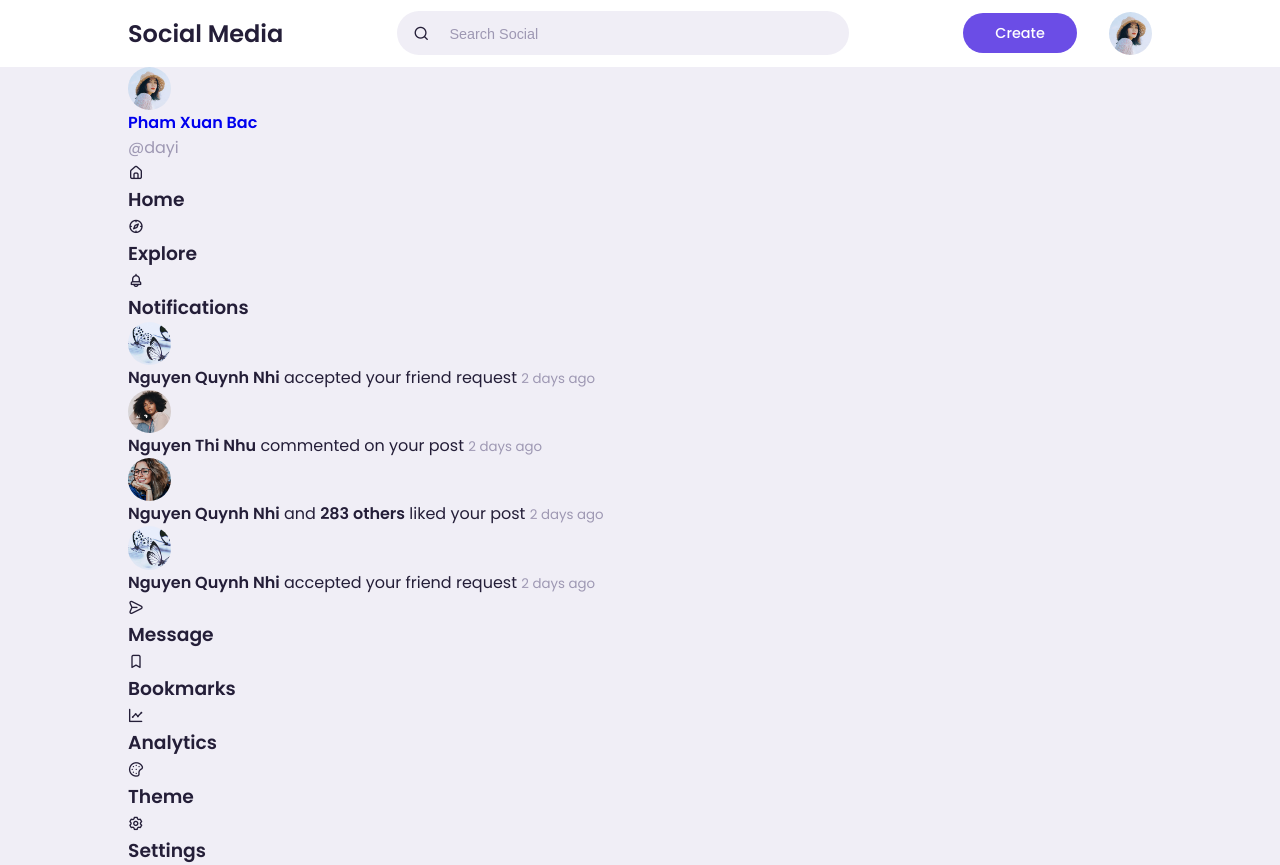
Repository: northpx/socialMedia
Page: index.html
An editor plug-in stored every save of this project. The page is shown before and after the next save, followed by the edit.
The browser window is 1280 px wide. The pictures show the whole page.

Above is the page before, as saved 2023-03-07 17:09:08.

### index.html
<!DOCTYPE html>
<html lang="en">
<head>
    <meta charset="UTF-8">
    <meta http-equiv="X-UA-Compatible" content="IE=edge">
    <meta name="viewport" content="width=device-width, initial-scale=1.0">
    <link rel="stylesheet" href="/css/style.css">
    <link rel="stylesheet" href="https://unicons.iconscout.com/release/v4.0.0/css/line.css">
    <title>Social Media</title>
</head>
<body>
    <nav>
        <div class="container">
            <h2 class="logo">
                Social Media
            </h2>
            <div class="search-bar">
                <i class="uil uil-search"></i>
                <input type="search" placeholder="Search Social">
            </div>
            <div class="create">
                <label for="create-post" class="btn btn-primary">Create</label>
                <div class="profile-picture">
                    <img src="./images/profile-1.jpg" alt="">
                </div>
            </div>
        </div>
    </nav>

    <main>
        <div class="container">
            <!-- ===========LEFT================ -->
            <div class="left">
                <a href="#" class="profile">
                    <div class="profile-picture">
                        <img src="./images/profile-1.jpg" alt="">
                    </div>
                    <div class="handle">
                        <h4>Pham Xuan Bac</h4>
                        <p class="text-muted">
                            @dayi
                        </p>
                    </div>
                </a>
                <!-- =================SIDEBAR=========== -->
                <div class="sidebar">
                    <a class="menu-item active">
                        <span><i class="uil uil-estate"></i></span><h3>Home</h3>
                    </a>
                    <a class="menu-item">
                        <span><i class="uil uil-compass"></i></span><h3>Explore</h3>
                    </a>
                    <a class="menu-item">
                        <span><i class="uil uil-bell"></i></span><h3>Notifications</h3>
                        <!-- -----notification popup----- -->
                        <div class="notification-popup">
                            <div>
                                <div class="profile-picture">
                                    <img src="./images/profile-2.jpg" alt="">
                                </div>
                                <div class="notification-body">
                                    <b>Nguyen Quynh Nhi</b> accepted your friend request
                                    <small class="text-muted">2 days ago</small>
                                </div>
                            </div>
                            <div>
                                <div class="profile-picture">
                                    <img src="./images/profile-3.jpg" alt="">
                                </div>
                                <div class="notification-body">
                                    <b>Nguyen Thi Nhu</b> commented on your post
                                    <small class="text-muted">2 days ago</small>
                                </div>
                            </div>
                            <div>
                                <div class="profile-picture">
                                    <img src="./images/profile-4.jpg" alt="">
                                </div>
                                <div class="notification-body">
                                    <b>Nguyen Quynh Nhi</b> and <b>283 others</b> liked your post
                                    <small class="text-muted">2 days ago</small>
                                </div>
                            </div>
                            <div>
                                <div class="profile-picture">
                                    <img src="./images/profile-2.jpg" alt="">
                                </div>
                                <div class="notification-body">
                                    <b>Nguyen Quynh Nhi</b> accepted your friend request
                                    <small class="text-muted">2 days ago</small>
                                </div>
                            </div>
                        </div>
                    </a>
                    <a class="menu-item">
                        <span><i class="uil uil-message"></i></span><h3>Message</h3>
                    </a>
                    <a class="menu-item">
                        <span><i class="uil uil-bookmark"></i></span><h3>Bookmarks</h3>
                    </a>
                    <a class="menu-item">
                        <span><i class="uil uil-chart-line"></i></span><h3>Analytics</h3>
                    </a>
                    <a class="menu-item">
                        <span><i class="uil uil-palette"></i></span><h3>Theme</h3>
                    </a>
                    <a class="menu-item">
                        <span><i class="uil uil-setting"></i></span><h3>Settings</h3>
                    </a>
                </div>
            </div>
            <!-- ===============MIDDLE============== -->
            <div class="middle">

            </div>
            <!-- ==============RIGHT============== -->
            <div class="right">

            </div>
        </div>
    </main>
</body>
</html>

### css/style.css
@import url("https://fonts.googleapis.com/css2?family=Poppins:ital,wght@0,400;0,500;0,600;1,400;1,500;1,600&family=Roboto:ital,wght@0,100;0,300;0,400;0,500;0,700;0,900;1,100;1,300;1,400;1,500;1,700;1,900&display=swap");
:root {
  --color-white: hsl(252,30%,100%);
  --color-light: hsl(252,30%,95%);
  --color-gray: hsl(252,15%,65%);
  --color-primary: hsl(252,75%,60%);
  --color-secondary: hsl(252,100%,90%);
  --color-success: hsl(120,95%,65%);
  --color-danger: hsl(0,95%,65%);
  --color-dark: hsl(252,30%,17%);
  --color-black: hsl(252,30%,10%);
  --border-radius: 2rem;
  --card-border-radius: 1rem;
  --btn-padding: 0.6rem 2rem;
  --search-padding: 0.6rem 1rem;
  --card-padding: 1rem;
  --sticky-top-left: 5.4rem;
  --sticky-top-right: -18rem;
}

*, *::before, *::after {
  margin: 0;
  padding: 0;
  outline: 0;
  box-sizing: border-box;
  text-decoration: none;
  list-style: none;
  border: none;
}

body {
  font-family: "Poppins", sans-serif;
  color: var(--color-dark);
  background: var(--color-light);
  overflow-x: hidden;
}

.container{
    width: 80%;
    margin: 0 auto;
}

.profile-picture{
    width: 2.7rem;
    aspect-ratio: 1/1;
    border-radius: 50%;
    overflow: hidden;
}

img{
    display: block;
    width: 100%;
}

.btn{
    display:  inline-block;
    padding: var(--btn-padding);
    font-weight: 500;
    border-radius: var(--border-radius);
    cursor: pointer;
    transition: all .3s ease;
    font-size: 0.9rem;
}

.btn:hover{
    opacity: 0.8;
}

.btn-primary{
    background: var(--color-primary);
    color: white;
}

.text-bold{
    font-weight: 500;
}

.text-muted{
    color: var(--color-gray);
}

nav{
    width: 100%;
    background: var(--color-white);
    padding: 0.7rem 0;
    top: 0;
    z-index: 10;
}

nav .container{
    display: flex;
    align-items: center;
    justify-content: space-between;
}

nav .search-bar{
    background: var(--color-light);
    border-radius: var(--border-radius);
    padding: var(--search-padding);
}

nav .search-bar input[type="search"]{
    background: transparent;
    width: 30vw;
    margin-left: 1rem;
    font-size: 0.9rem;
    color: var(--color-dark);
}

nav .search-bar input[type="search"]::placeholder{
    color: var(--color-gray);

}

nav .create{
    display: flex;
    align-items: center;
    gap: 2rem;
}

After the next save:
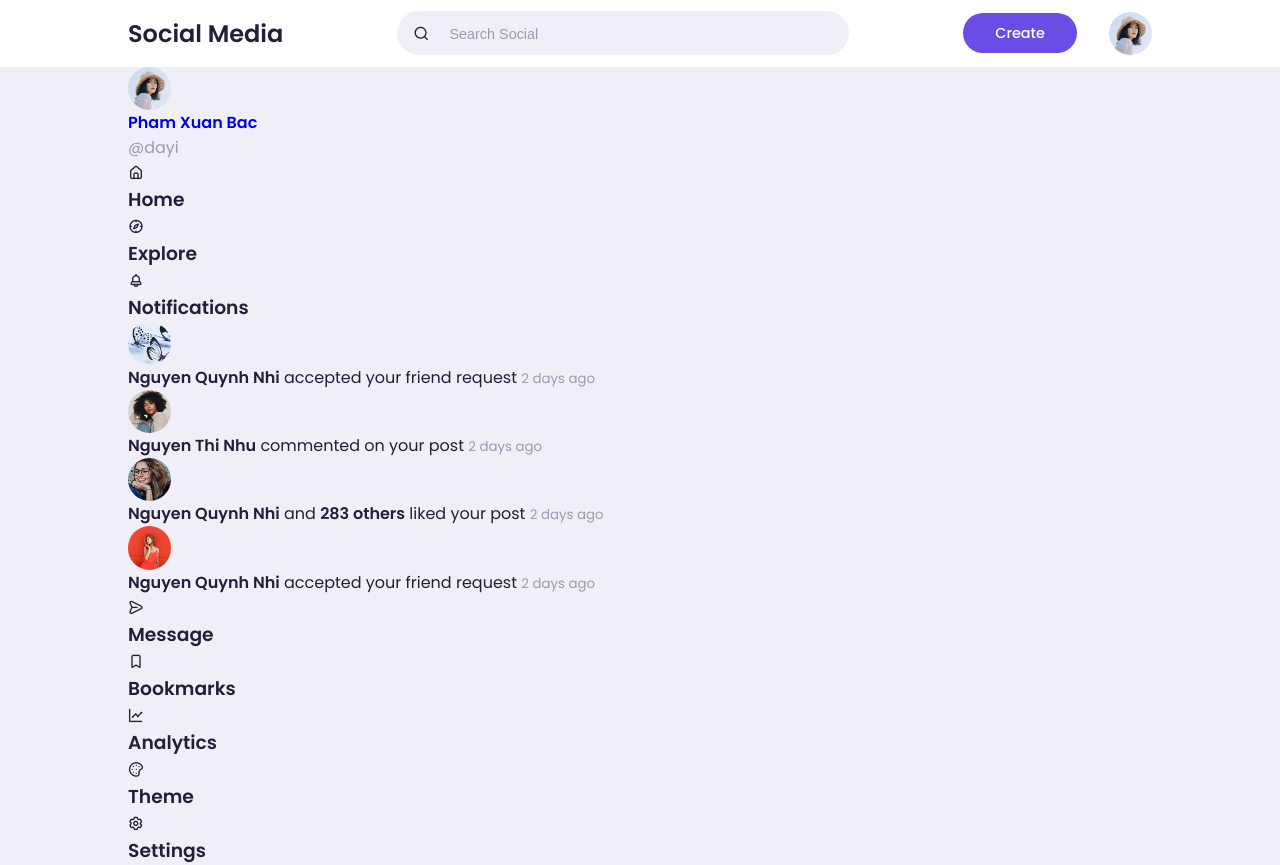
Saved 12 s later.
--- a/index.html
+++ b/index.html
@@ -83,7 +83,7 @@
                             </div>
                             <div>
                                 <div class="profile-picture">
-                                    <img src="./images/profile-2.jpg" alt="">
+                                    <img src="./images/profile-5.jpg" alt="">
                                 </div>
                                 <div class="notification-body">
                                     <b>Nguyen Quynh Nhi</b> accepted your friend request
